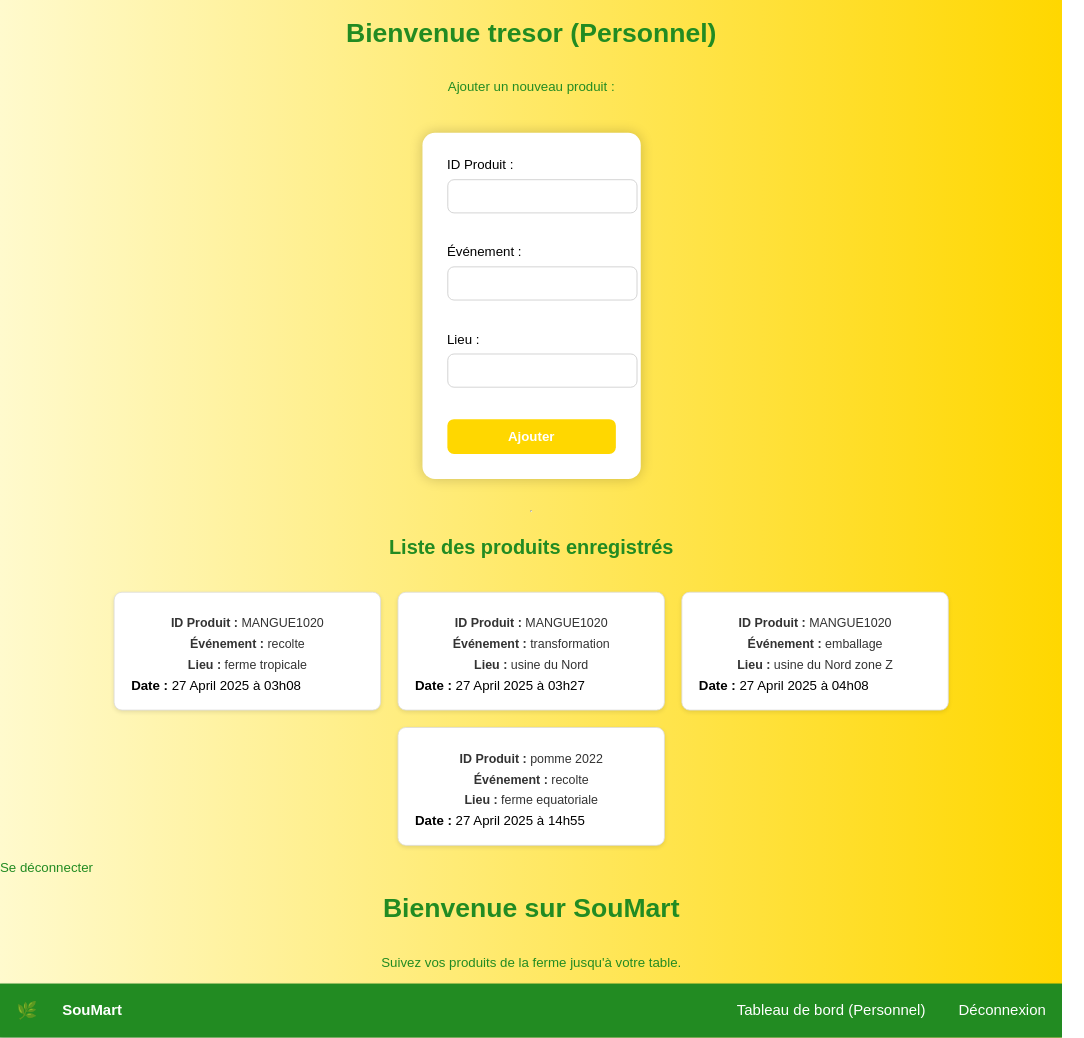
Repository: SouhailMar10/FOOD-MART
Page: http://localhost/dashboard_personnel
An editor plug-in stored every save of this project. The page is shown before and after the next save, followed by the edit.
The browser window is 1280 px wide. The page is 1280 px wide, then 1306 px, so the pictures cover 1306 px, including what lies to the right of the window. The pictures show the whole page, at 83% of full size.
The page is served by the project's application, run on Flask 3 (app.py). The user the application loads for id 1 is signed in. The page reads the database file committed with the project.

Above is the page before, as saved 2025-04-27 11:09:14.

After the next save:
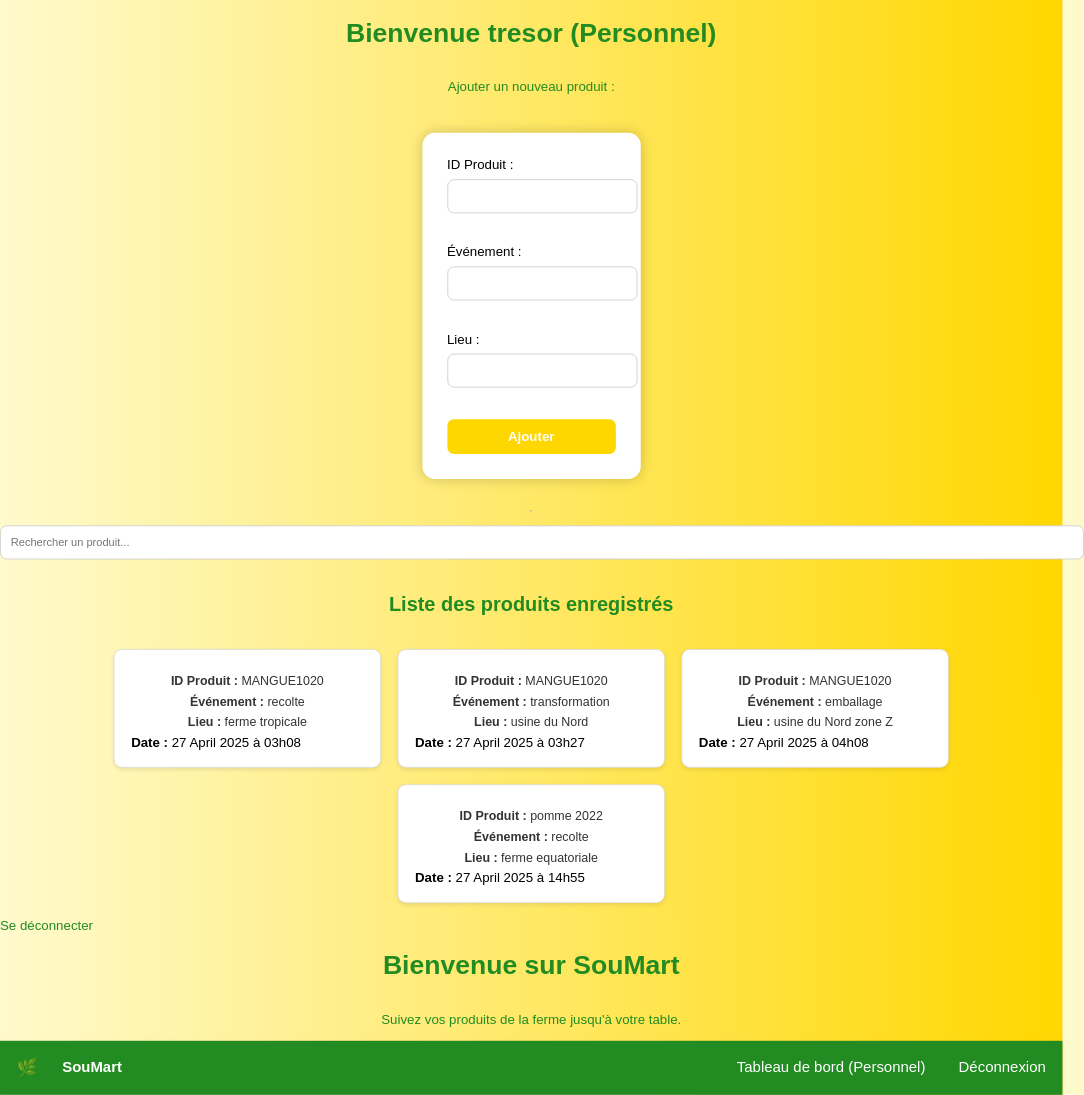
Saved 5 min 10 s later.
--- a/templates/dashboard_personnel.html
+++ b/templates/dashboard_personnel.html
@@ -31,6 +31,7 @@
     </form>
 
     <hr>
+    <input type="text" id="searchInput" placeholder="Rechercher un produit..." onkeyup="searchProducts()">
 
     <h2>Liste des produits enregistrés</h2>
     {% if products %}
